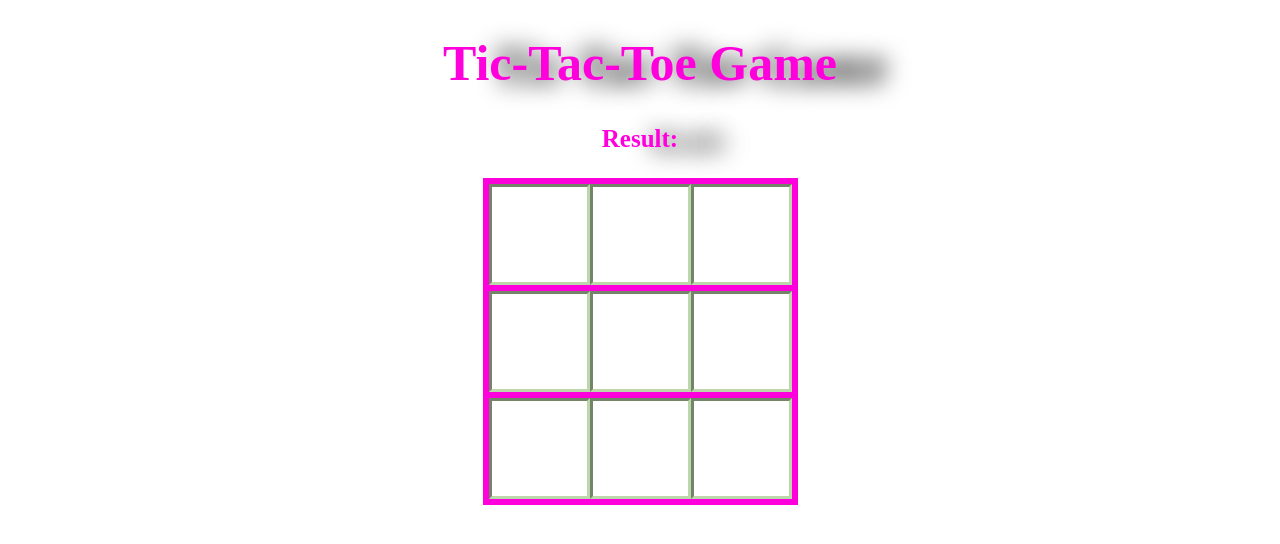
Repository: 0101chaitanya/Tic-Tac-Toe
Page: index.html
An editor plug-in stored every save of this project. The page is shown before and after the next save, followed by the edit.
The browser window is 1280 px wide. The pictures show the whole page.

Above is the page before, as saved 2021-06-09 18:13:11.

### index.html
<!DOCTYPE html>
<html>
    <head>
<meta charset="utf-8">
<title>Tic-Tac-Toe Game</title>
<link rel="stylesheet" href="styles.css">
    </head>
<body>
    <h1 id="heading">Tic-Tac-Toe Game</h1>

    <div id = "Output">
        <p  >Result:</p>
    </div>
    <div id = "gameSquare">

    <div id = "row1">
    <div class = "r1Column"></div>
    <div class = "rlColumn"></div>
    <div class = "rlColumn"></div>
</div>
<div id = "row2">
    <div class = "r2Column"></div>
    <div class = "r2Column"></div>
    <div class = "r2Column"></div>
</div>
<div id = "row3">
    <div class = "r3Column"></div>
    <div class = "r3Column"></div>
    <div class = "r3Column"></div>
</div>
</div>
</body>
<script type="text/javascript" src="script.js"></script>
</html>

### styles.css
:root{
    text-align: center;
font-weight: bold;
text-shadow: 2rem 0.1em 1rem black;
}
@media  screen and (max-width: 400px){
    :root{
        color:blue;
        font-size: 14px;
}

}
@media  screen and (min-width: 401px) and (max-width: 700px){
    :root{
        color:rgb(30, 255, 0);
        font-size: 18px;
}


}@media  screen and (min-width: 701px) {
    :root{
        color:rgb(255, 0, 221);
        font-size:25px;
}

}

#gameSquare{
    border-style: solid;
    width:min-content;
    height:min-content;
    display:block;
    margin:auto;
}
#gameSquare>div:nth-child(n){
    border-style: solid;
    width:min-content;
    height:min-content;
    display:flex;
    justify-content:center;
    align-items:center;
}
#gameSquare>div:nth-child(n)>div:nth-child(n){
    display:block;
    margin: auto;
    border-style: solid;
    width:3.8rem;
    height:3.8rem;
border-style:inset;
border-color: rgb(188, 216, 171);;
}

### script.js
/* (function(){
let
})(); */

After the next save:
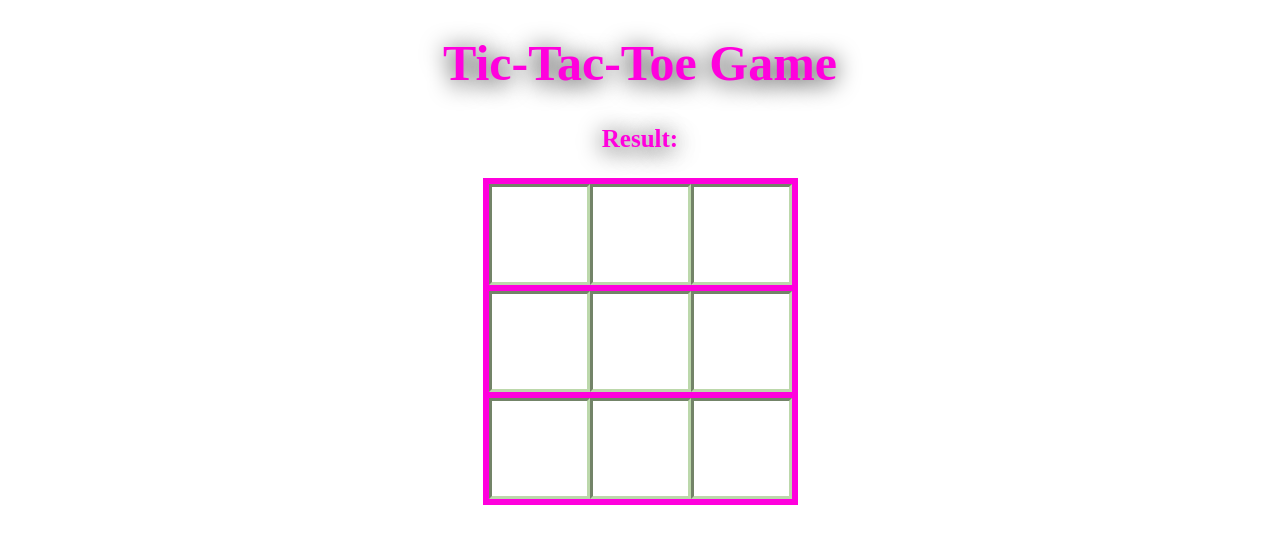
Saved 4 s later.
--- a/styles.css
+++ b/styles.css
@@ -1,7 +1,7 @@
 :root{
     text-align: center;
 font-weight: bold;
-text-shadow: 2rem 0.1em 1rem black;
+text-shadow: 0.01rem 0.1em 1rem black;
 }
 @media  screen and (max-width: 400px){
     :root{
